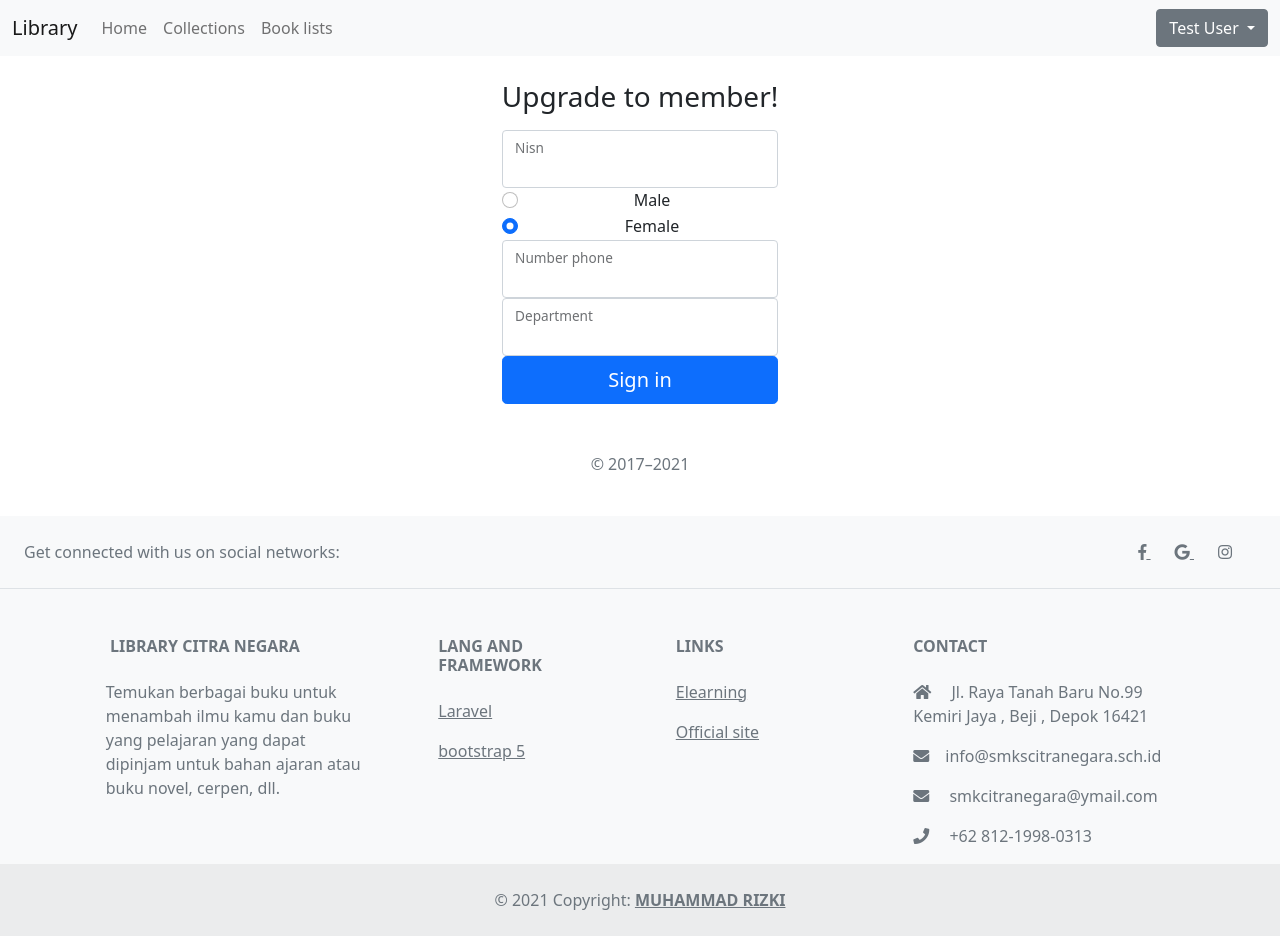
Repository: humanrizki/app-perpus-laravel-8
Page: resources/views/profile/show.blade.php
An editor plug-in stored every save of this project. The page is shown before and after a run of saves, followed by the edit.
The browser window is 1280 px wide. The pictures show the whole page.
Some web libraries are served in a nearby version. The page is served by the project's Laravel application, run on PHP 8.4 with Laravel 8. A made-up administrator, Test User (test@example.com), is signed in. Other server files are loaded and not shown. The template is opened directly, without the code that normally fills it, so the values that code supplies are empty.

Above is the page before, as saved 2021-11-26 15:14:49.

### routes/web.php
<?php

use App\Http\Controllers\CollectionController;
use App\Http\Controllers\ListsController;
use App\Http\Controllers\ProfileController;
use Illuminate\Support\Facades\Route;

/*
|--------------------------------------------------------------------------
| Web Routes
|--------------------------------------------------------------------------
|
| Here is where you can register web routes for your application. These
| routes are loaded by the RouteServiceProvider within a group which
| contains the "web" middleware group. Now create something great!
|
*/

Route::get('/', function () {
    return view('welcome');
});

Auth::routes();

Route::get('/home', [App\Http\Controllers\HomeController::class, 'index'])->name('home');
Route::get('/collections',[CollectionController::class,'index'])->name('collections');
Route::get('/collections/{collection:slug}',[CollectionController::class,'show']);
Route::get('/lists',[ListsController::class,'index'])->name('lists');
Route::get('/lists/{list:slug}',[ListsController::class,'show']);
Route::post('/lists/{list:slug}',[ListsController::class,'store']);
Route::get('/profile',[ProfileController::class,'index'])->name('profile');
Route::get('/profile/{user:username}/edit',[ProfileController::class,'show']);
Route::put('/profile/{user:username}/edit',[ProfileController::class,'update']);

### app/Models/User.php
<?php

namespace App\Models;

use Illuminate\Contracts\Auth\MustVerifyEmail;
use Illuminate\Database\Eloquent\Factories\HasFactory;
use Illuminate\Foundation\Auth\User as Authenticatable;
use Illuminate\Notifications\Notifiable;
use Laravel\Sanctum\HasApiTokens;

class User extends Authenticatable
{
    use HasApiTokens, HasFactory, Notifiable;

    /**
     * The attributes that are mass assignable.
     *
     * @var string[]
     */
    // protected $fillable = [
    //     'name',
    //     'email',
    //     'password',
    // ];
    protected $guarded = ['id'];
    /**
     * The attributes that should be hidden for serialization.
     *
     * @var array
     */
    protected $hidden = [
        'password',
        'remember_token',
    ];

    /**
     * The attributes that should be cast.
     *
     * @var array
     */
    protected $casts = [
        'email_verified_at' => 'datetime',
    ];
}

### resources/views/profile/show.blade.php
@extends('layouts.capp')
@section('content')
<div class="container text-center d-flex justify-content-center my-4">
    <div class="row">
        <div class="col-lg-12">
            <main class="form-signin">
                <form action="/profile/{{ $user->username }}/edit" method="POST">
                    @method('put')
                    @csrf
                    <h1 class="h3 mb-3 fw-normal">
                        @if (auth()->user()->is_member == 0)
                        Upgrade to member!
                        @else
                        Edit data!
                        @endif
                    </h1>
                    @if (auth()->user()->is_member == 0)
                        <div class="form-floating">
                            <input type="text" class="form-control  @error('nisn') 'is-invalid' @enderror" id="floatingInput"  name="nisn">
                            <label for="floatingInput">Nisn</label>
                            @error('nisn')
                            <div class="valid-feedback">
                                {{ $message }}
                            </div>
                            @enderror
                        </div>
                        <div class="form-check">
                            <input class="form-check-input" type="radio" name="gender" id="flexRadioDefault1" value="Male">
                            <label class="form-check-label"  for="flexRadioDefault1">
                                Male
                            </label>
                        </div>
                        <div class="form-check">
                            <input class="form-check-input" type="radio" name="gender" id="flexRadioDefault2" value="Female" checked>
                            <label class="form-check-label" for="flexRadioDefault2">
                                Female
                            </label>
                        </div>
                        <div class="form-floating">
                            <input type="text" class="form-control @error('phone') 'is-invalid' @enderror" id="floatingInput"  name="phone">
                            <label for="floatingInput">Number phone</label>
                            @error('phone')
                            <div class="valid-feedback">
                                {{ $message }}
                            </div>
                            @enderror
                        </div>
                        <div class="form-floating">
                            <input type="text" class="form-control @error('department') 'is-invalid' @enderror" id="floatingInput"  name="department" >
                            <label for="floatingInput">Department</label>
                            @error('department')
                            <div class="valid-feedback">
                                {{ $message }}
                            </div>
                            @enderror
                        </div>
                    @else
                        Mantap
                    @endif

                    <button class="w-100 btn btn-lg btn-primary" type="submit">Sign in</button>
                    <p class="mt-5 mb-3 text-muted">© 2017–2021</p>
                </form>
            </main>

        </div>
    </div>
</div>

@endsection

### resources/views/layouts/capp.blade.php
<!doctype html>
<html lang="en">
  <head>
    <meta charset="utf-8" />
    <meta http-equiv="X-UA-Compatible" content="IE=edge,chrome=1" />
    <meta content='width=device-width, initial-scale=1.0, maximum-scale=1.0, user-scalable=0, shrink-to-fit=no' name='viewport' />
    <title>{{ $title }}</title>

    <!--     Fonts and icons     -->
    <link href="https://fonts.googleapis.com/css?family=Montserrat:400,700,200" rel="stylesheet" />
    <link href="https://use.fontawesome.com/releases/v5.0.6/css/all.css" rel="stylesheet">
    <style>
      *,body{
        margin: 0px;
        padding: 0px;
      }
    </style>
    @if (request()->is('home'))
        <link rel="stylesheet" href="css/home.css">
    @endif
    <link href="https://cdn.jsdelivr.net/npm/bootstrap@5.0.2/dist/css/bootstrap.min.css" rel="stylesheet" integrity="sha384-EVSTQN3/azprG1Anm3QDgpJLIm9Nao0Yz1ztcQTwFspd3yD65VohhpuuCOmLASjC" crossorigin="anonymous">
    {{-- <link rel="stylesheet" href="css/ul.css"> --}}
  </head>
  <body>
    @include('partials.header')
    @yield('content')
    @include('partials.footer')
    <!--   Core JS Files   -->
    <script src="https://cdn.jsdelivr.net/npm/bootstrap@5.0.2/dist/js/bootstrap.bundle.min.js" integrity="sha384-MrcW6ZMFYlzcLA8Nl+NtUVF0sA7MsXsP1UyJoMp4YLEuNSfAP+JcXn/tWtIaxVXM" crossorigin="anonymous"></script>
  </body>
</html>

### resources/views/partials/header.blade.php

<nav class="navbar navbar-expand-lg navbar-light bg-light">
    <div class="container-fluid">
      <a class="navbar-brand" href="/home">Library</a>
      <button class="navbar-toggler" type="button" data-bs-toggle="collapse" data-bs-target="#navbarSupportedContent" aria-controls="navbarSupportedContent" aria-expanded="false" aria-label="Toggle navigation">
        <span class="navbar-toggler-icon"></span>
      </button>
      <div class="collapse navbar-collapse" id="navbarSupportedContent">
        <ul class="navbar-nav me-auto mb-2 mb-lg-0">
          <li class="nav-item">
            <a class="nav-link {{ (request()->is('home')) ? 'active fw-bold':'';}}" aria-current="page" href="/home">Home</a>
          </li>
          <li class="nav-item ">
            <a class="nav-link {{ (request()->is('collections*')) ? 'active fw-bold':'';}}" href="/collections">Collections</a>
          </li>
          <li class="nav-item">
            <a class="nav-link {{ (request()->is('lists')) ? 'active':'';}}" href="/lists">Book lists</a>
          </li>
        </ul>
        @auth
        <div class="dropdown">
          <button class="btn btn-secondary dropdown-toggle" type="button" id="dropdownMenuButton1" data-bs-toggle="dropdown" aria-expanded="false">
            {{ auth()->user()->name }}
          </button>
          <ul class="dropdown-menu" aria-labelledby="dropdownMenuButton1">
            <li><a class="dropdown-item" href="/profile">Profile</a></li>
            <form action="/logout" method="POST">
              @csrf
              <li class="dropdown-item"><button class="btn btn-danger w-100" type="submit">Logout</button></li>
            </form>
          </ul>
        </div>
        @else
        <div class="container-login">
            <a href="/login" class="btn btn-success">Login</a>
        </div>
        @endauth
      </div>
    </div>
  </nav>

### resources/views/partials/footer.blade.php
<footer class="text-center text-lg-start bg-light text-muted">
    <!-- Section: Social media -->
    <section
      class="d-flex justify-content-center justify-content-lg-between p-4 border-bottom"
    >
      <!-- Left -->
      <div class="me-5 d-none d-lg-block">
        <span>Get connected with us on social networks:</span>
      </div>
      <!-- Left -->

      <!-- Right -->
      <div>
        <a href="https://facebook.com/smkcitranegaraofficial" class="me-4 text-reset">
          <i class="fab fa-facebook-f"></i>
        </a>

        <a href="https://sekolah.data.kemdikbud.go.id/index.php/chome/profil/a3b930a7-c409-426b-a5ab-7aaed2a25c9f" class="me-4 text-reset">
          <i class="fab fa-google"></i>
        </a>
        <a href="https://instagram.com/smkcitranegaradepok/" class="me-4 text-reset">
          <i class="fab fa-instagram"></i>
        </a>

      </div>
      <!-- Right -->
    </section>
    <!-- Section: Social media -->

    <!-- Section: Links  -->
    <section class="">
      <div class="container text-center text-md-start mt-5">
        <!-- Grid row -->
        <div class="row mt-3">
          <!-- Grid column -->
          <div class="col-md-3 col-lg-4 col-xl-3 mx-auto mb-4">
            <!-- Content -->
            <h6 class="text-uppercase fw-bold mb-4">
              <img src="img/logo.png" alt="" width="50"> Library Citra Negara
            </h6>
            <p>
              Temukan berbagai buku untuk menambah ilmu kamu dan buku yang pelajaran
              yang dapat dipinjam untuk bahan ajaran atau buku novel, cerpen, dll.
            </p>
          </div>
          <!-- Grid column -->

          <!-- Grid column -->
          <div class="col-md-2 col-lg-2 col-xl-2 mx-auto mb-4">
            <!-- Links -->
            <h6 class="text-uppercase fw-bold mb-4">
              Lang and Framework
            </h6>
            <p>
              <a href="https://laravel.com" class="text-reset">Laravel</a>
            </p>
            <p>
              <a href="https://getbootstrap.com" class="text-reset">bootstrap 5</a>
            </p>

          </div>
          <!-- Grid column -->

          <!-- Grid column -->
          <div class="col-md-3 col-lg-2 col-xl-2 mx-auto mb-4">
            <!-- Links -->
            <h6 class="text-uppercase fw-bold mb-4">
             links
            </h6>
            <p>
              <a href="http://smkcitranegara.sch.id" class="text-reset">Elearning</a>
            </p>
            <p>
              <a href="https://smkscitranegara.sch.id" class="text-reset">Official site</a>
            </p>
          </div>
          <!-- Grid column -->

          <!-- Grid column -->
          <div class="col-md-4 col-lg-3 col-xl-3 mx-auto mb-md-0 mb-4">
            <!-- Links -->
            <h6 class="text-uppercase fw-bold mb-4">
              Contact
            </h6>
            <p><i class="fas fa-home me-3"></i> Jl. Raya Tanah Baru No.99 Kemiri Jaya , Beji , Depok 16421</p>

                        <p><i class="fas fa-envelope me-3"></i>info@smkscitranegara.sch.id</p>
                    <p><i class="fas fa-envelope me-3"></i>
                    smkcitranegara@ymail.com</p>
            <p><i class="fas fa-phone me-3"></i> +62 812-1998-0313</p>
          </div>
          <!-- Grid column -->
        </div>
        <!-- Grid row -->
      </div>
    </section>
    <!-- Section: Links  -->

    <!-- Copyright -->
    <div class="text-center p-4" style="background-color: rgba(0, 0, 0, 0.05);">
      © 2021 Copyright:
      <a class="text-reset fw-bold" href="https://instagram.com/m.rizki_array">MUHAMMAD RIZKI</a>
    </div>
    <!-- Copyright -->
  </footer>
  <!-- Footer -->

### resources/views/errors/404.blade.php
<!DOCTYPE html>
<html lang="en">
<head>
    <meta charset="UTF-8">
    <meta name="viewport" content="width=device-width, initial-scale=1.0">
    <meta http-equiv="X-UA-Compatible" content="ie=edge">
    <link rel="stylesheet" href="/css/sb-admin-2.min.css">
    <title>404 - Page not found</title>
</head>
<body>
    <div class="container-fluid d-flex align-items-center justify-content-center" style="height: 100vh;">
        <!-- 404 Error Text -->
        <div class="text-center">
            <div class="error mx-auto" data-text="404">404</div>
            <p class="lead text-gray-800 mb-5">Page Not Found</p>
            <p class="text-gray-500 mb-0">It looks like you found an error in the search...</p>
            <a href="/">&larr; Back to Home</a>
        </div>

    </div>
</body>
</html>

Loaded but not shown: app/Providers/AppServiceProvider.php (common file); app/Http/Controllers/Auth/ConfirmPasswordController.php (common file); app/Http/Controllers/Controller.php (common file)

After the next 2 saves:
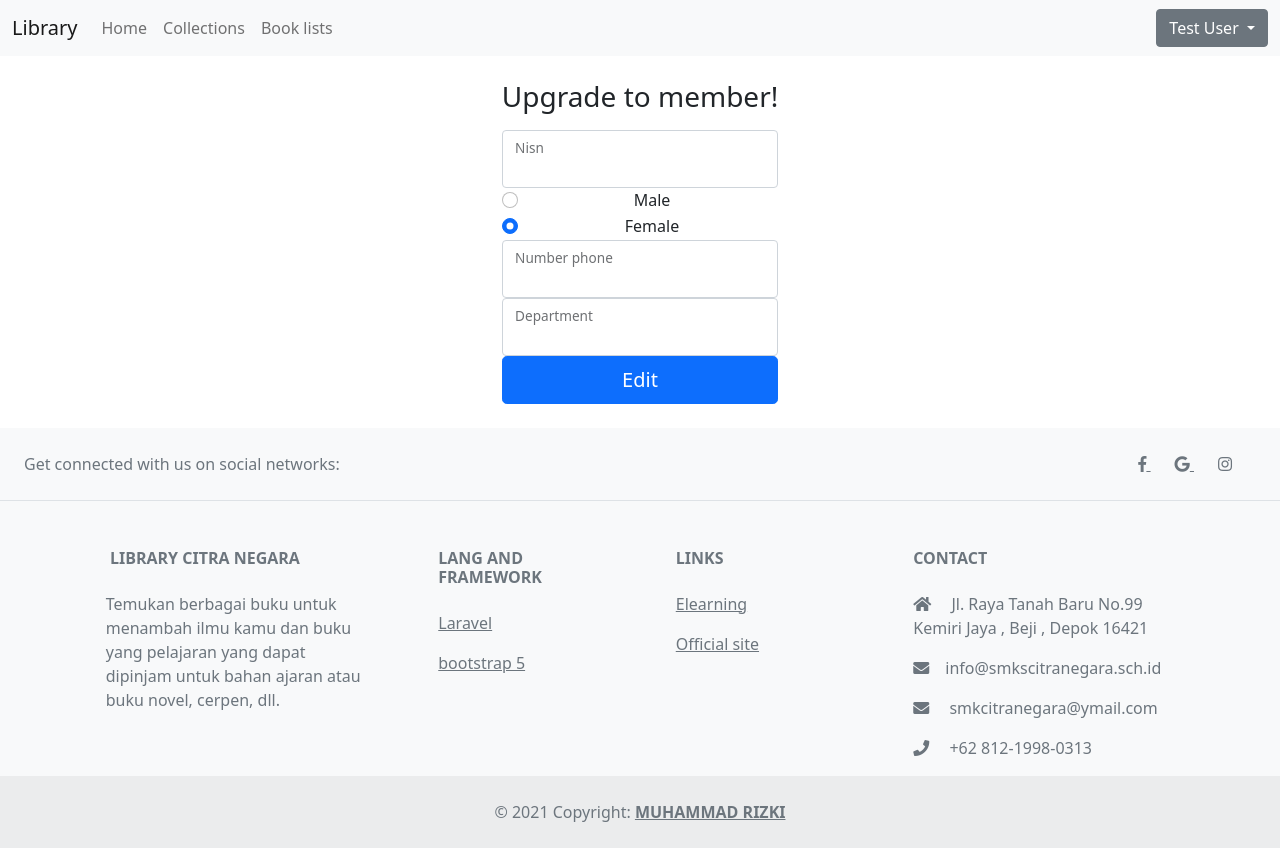
The 2 saves are shown as one change because they came seconds apart.
The last was saved 27 s later.
--- a/resources/views/profile/show.blade.php
+++ b/resources/views/profile/show.blade.php
@@ -58,8 +58,7 @@
                         Mantap
                     @endif
 
-                    <button class="w-100 btn btn-lg btn-primary" type="submit">Sign in</button>
-                    <p class="mt-5 mb-3 text-muted">© 2017–2021</p>
+                    <button class="w-100 btn btn-lg btn-primary" type="submit">Edit</button>
                 </form>
             </main>
 
